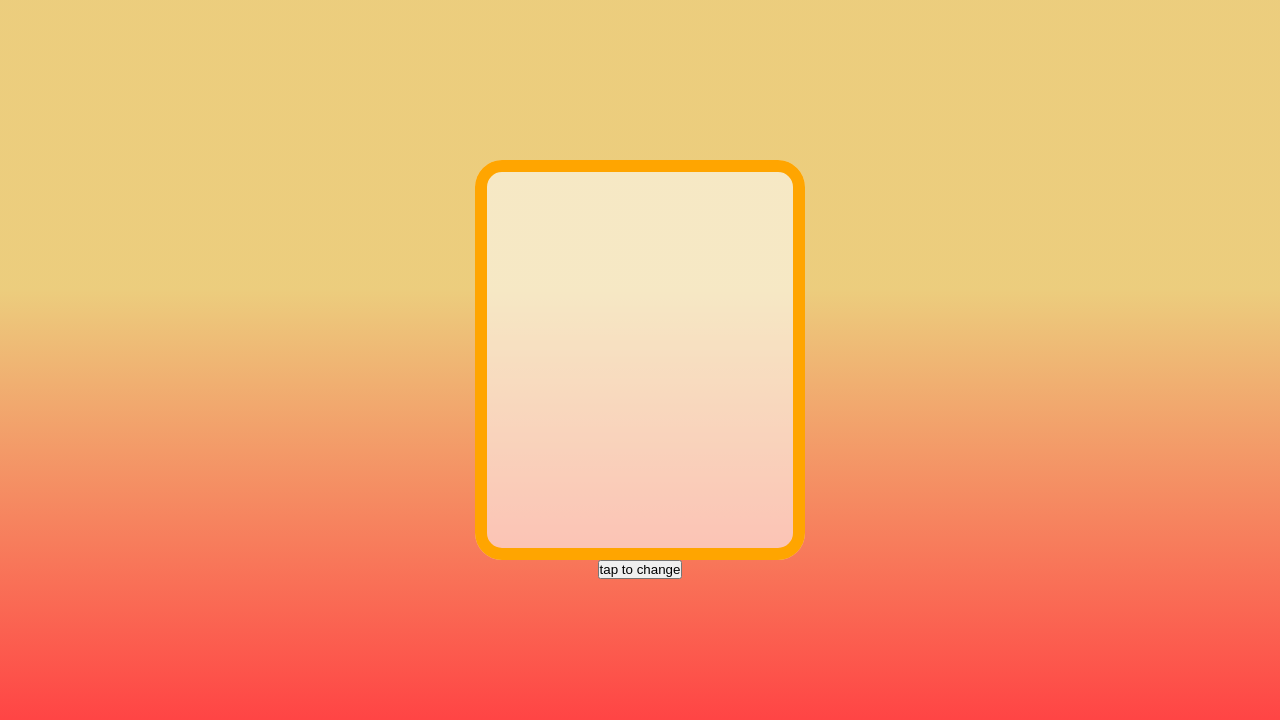
Repository: ThanhThn/profile
Page: index.html
An editor plug-in stored every save of this project. The page is shown before and after the next save, followed by the edit.
The browser window is 1280 px wide. The pictures show the whole page.

Above is the page before, as saved 2022-12-04 23:43:47.

After the next save:
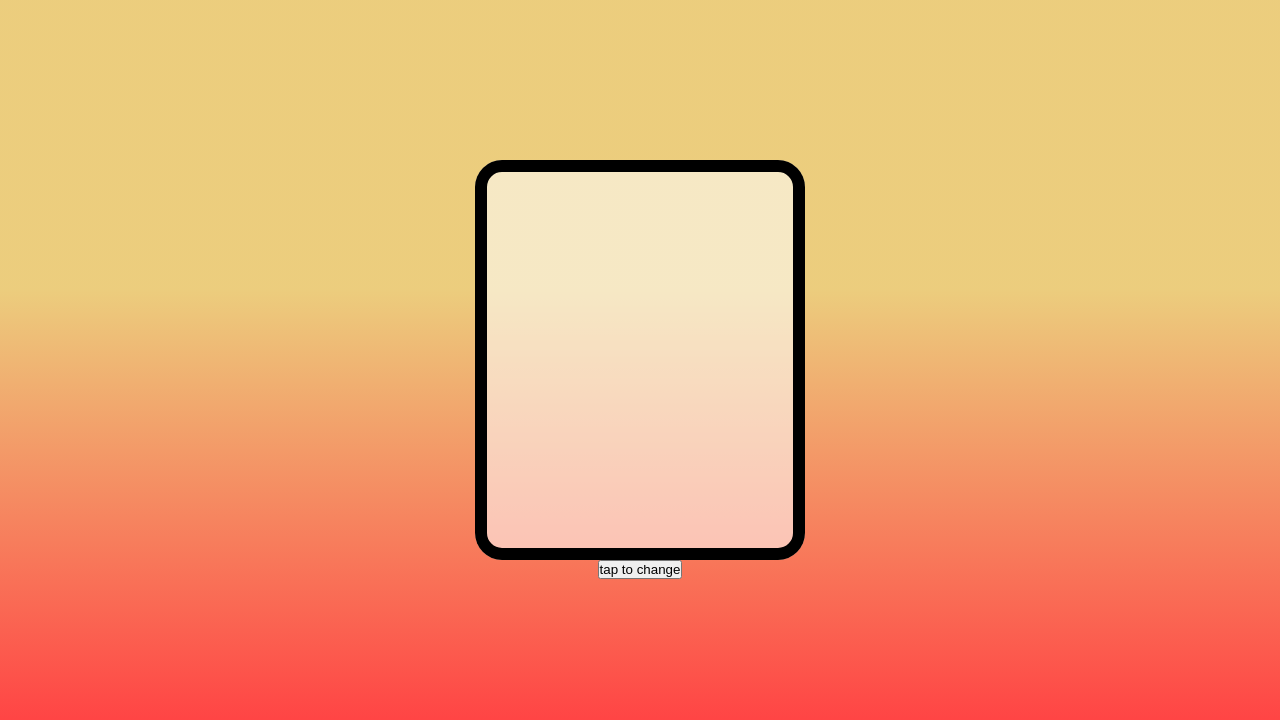
Saved 16 s later.
--- a/style.css
+++ b/style.css
@@ -23,5 +23,5 @@ body{
     height: 400px;
     background: rgba(255, 255, 255, 55%);
     border-radius: 27px;
-    box-shadow: inset 0px 0px 0px 12px orange;
+    box-shadow: inset 0px 0px 0px 12px black;
 }
